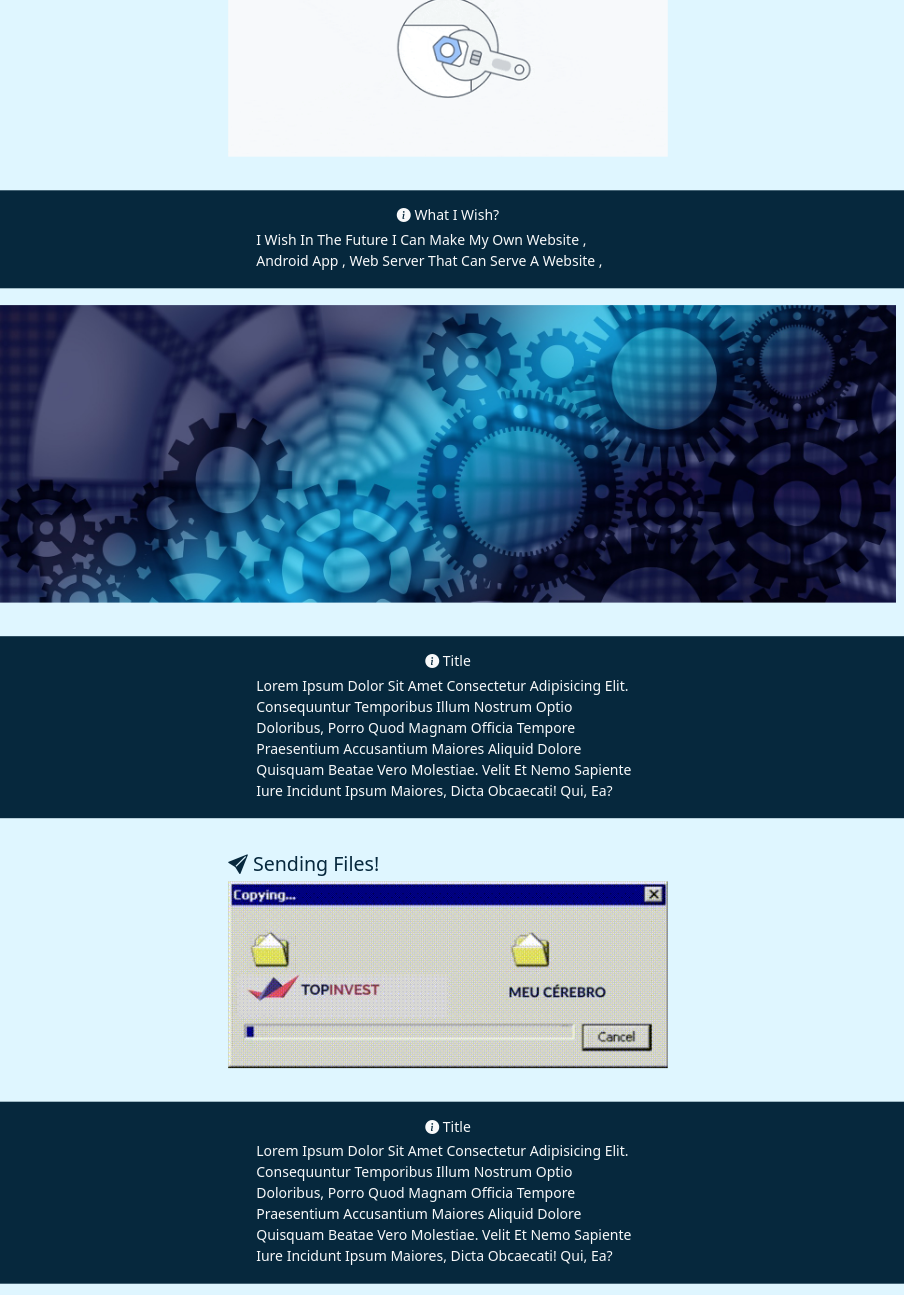
Repository: initer3737/initer3737.github.io
Page: index.html
An editor plug-in stored every save of this project. The page is shown before and after the next save, followed by the edit.
The browser window is 1280 px wide. The page is 1292 px wide, so the pictures cover 1292 px, including what lies to the right of the window. The pictures show the part of the page from y = 2467 to 4347 px (the page is 4317 px tall before and 4347 px after), at 70% of full size.
Some web libraries are served in a nearby version.

Above is the page before, as saved 2022-06-12 23:05:48.
Console error: TypeError: Cannot set properties of null (setting 'innerHTML')

### index.html
<!DOCTYPE html>
<html lang="en">
<head>
    <meta charset="UTF-8">
    <meta http-equiv="X-UA-Compatible" content="IE=edge">
    <meta name="viewport" content="width=device-width, initial-scale=1.0">
    <title>puthut wahyu aji</title>
    <link href="https://cdn.jsdelivr.net/npm/bootstrap@5.0.2/dist/css/bootstrap.min.css" rel="stylesheet" integrity="sha384-EVSTQN3/azprG1Anm3QDgpJLIm9Nao0Yz1ztcQTwFspd3yD65VohhpuuCOmLASjC" crossorigin="anonymous">
    <script src="https://kit.fontawesome.com/7bb1ae10af.js" crossorigin="anonymous"></script>
<!-- bootstrap icon -->
<link rel="stylesheet" href="https://cdn.jsdelivr.net/npm/bootstrap-icons@1.8.3/font/bootstrap-icons.css">

    <link rel="stylesheet" href="css/style.css">
</head>
<body class="bg-1">
    <header class=" bg-1">
         <img src="img/banner-982162_1920.jpg" alt="" class="img-fluid w-100" srcset="">
    </header>
    <div class="container bg-light shadow rounded  d-flex flex-column gap-4 justify-content-center align-content-center align-items-center p-2">
        <div class="row d-flex align-content-center align-items-center">
            <div class="col-12">
               <div class="bg-primary text-capitalize d-flex justify-content-start">
                <p id="fulldate" class="h4 text-light p-2"></p>
               </div>
            </div>
            <div class="col-10 col-md-5 col-lg-4">
               <div class="card shadow m-2 p-1 position-relative">
                <video src="img/Earth - 4788.mp4" loop muted autoplay class="w-100 rounded-pill py-5 px-2"></video>
                <div class="filter2"></div>
               </div>
            </div>
            <div class="col-10 col-md-9 col-lg-8">
               <h5 class="text-capitalize"><i class="bi bi-medium"></i> social media.</h5>
               <div class="d-flex flex-row align-content-center align-items-center gap-3">
                <div class="d-flex flex-column fs-4">
                    <a href="https://www.instagram.com/puthutwahyuaji/" target="_blank" class="text-capitalize"><i class="fa-brands fa-instagram"></i> instagram</a>
                    <!-- <a href="https://www.facebook.com/puthut.wahyuaji.94/" target="_blank" class="text-capitalize"><i class="fa-brands fa-facebook"></i> facebook</a>
                    <a href="https://twitter.com/puthut_wahkyu" target="_blank" class="text-capitalize"><i class="fa-brands fa-twitter"></i> twitter</a> -->
                    <!-- <a href="https://www.sololearn.com/profile/22926925" target="_blank" class="text-capitalize"><i class="fa-solid fa-globe"></i> sololearn</a> -->
                    <!-- <a href="https://www.duolingo.com/profile/PUTHUTWAHY" target="_blank" class="text-capitalize"><i class="fa-solid fa-globe"></i> duolingo</a> -->
                    <a href="https://github.com/initer3737" target="_blank" class="text-capitalize"><i class="fa-brands fa-github"></i> github</a>
                </div>
                <div class=""><a href="game.html" class="btn btn-outline-primary rounded-pill px-5 py-2"><i class="bi bi-controller"></i> Game</a></div>
            </div>
            </div>
        </div>
    </div>
    <!-- https://www.fiverr.com/share/lYqN8j -->
    <div class="container bg-light shadow mt-5 d-flex flex-column gap-1 justify-content-center align-content-center align-items-center p-2">
        <h5><i class="fa-solid fa-briefcase"></i> framework.</h5>
            <h3><i class="fa-brands fa-laravel text-danger"></i> laravel</h3>
            <h3><i class="fa-brands fa-bootstrap text-primary"></i> bootstrap 5</h3>
        </div>
    </div>

    <div class="container bg-light shadow mt-5 d-flex flex-column  justify-content-center align-content-center align-items-center p-2">
        <h5><i class="bi bi-code-slash"></i> language.</h5>
            <h3><i class="fa-brands fa-php php"></i> php</h3>
            <h3><i class="fa-brands fa-js-square javascript"></i> javascript</h3>
            <h3><i class="fa-solid fa-database mysql"></i> mysql</h3>
            <h3><i class="fa-brands fa-html5 html"></i> html 5</h3>
            <h3><i class="fa-brands fa-css3-alt css"></i> css</h3>
        </div>

        <!-- <div class="container bg-light shadow mt-5 d-flex flex-column  justify-content-center align-content-center align-items-center p-2">
            <h5 class="capitalize">Hire me on.</h5>
            <div class="d-flex flex-column fs-4">
                <a href="https://www.upwork.com/workwith/puthutwahyuaji" target="_blank"><i class="fa-solid fa-briefcase"></i> upwork.com</a>
                <a href="https://www.fiverr.com/share/lYqN8j" target="_blank"><i class="fa-solid fa-briefcase"></i> fiver.com</a>
            </div>
            </div> -->

    </div>

    <div class="container bg-light shadow mt-5 d-flex flex-column gap-1 justify-content-center align-content-center align-items-center p-2">
        <h5><i class="bi bi-info-circle"></i> information.</h5>
        <div class="fs-4 d-flex gap-3">
            <a href="https://initer3737.github.io/course/html/pages/course.html" target="_blank"><i class="fa-solid fa-globe"></i> website</a>
            <a href="https://www.youtube.com/channel/UClsfa0LkA3_YMsFjW1M__sw" target="_blank"><i class="fa-brands fa-youtube"></i> youtube</a>
        </div>
    </div>

    <footer class="mt-3 text-light">
       <div class="row">
        <div class="col-12">
            <div class="col-12 mt-5 m-auto bg-4 text-light px-2 py-4">
                <div class="text-center fw-bolder"><h5><i class="bi bi-info-circle-fill"></i> about</h5></div>
                <div class="text-start fs-5 px-5 col-12 col-md-6 m-auto">
                   hello you can find me on instagram and also you can see my github repository
                </div>
              </div>
            <img src="img/banner-909710_1920.jpg" class="img-fluid w-100 mt-3" alt="">
           </div>
           <div class="col-12 mt-5 m-auto bg-4 text-light px-2 py-4">
             <div class="text-center "><h5><i class="bi bi-info-circle-fill"></i> what will i do?</h5></div>
             <div class="text-start fs-5 px-5 col-12 col-md-6 m-auto">
                i will improve my skill in order to make a better website.
             </div>
           </div>
           <div class="col-6 mt-5 m-auto">
            <div class="d-flex flex-row flex-wrap">
                <h3 class="color-4"><i class="bi bi-dash-circle-fill"></i> INTERNAL SERVER ERROR!</h3>
                <img src="img/giphy.gif" class="img-fluid w-100" alt="">
            </div>
           </div>
           <div class="col-12 mt-5 m-auto bg-4 text-light px-2 py-4">
            <div class="text-center "><h5><i class="bi bi-info-circle-fill"></i> what i wish?</h5></div>
            <div class="text-start fs-5 px-5 col-12 col-md-6 m-auto">
               i wish in the future i can make my own website , android app , web server that can serve a website ,
            </div>
          </div>
           <div class="col-12 mt-4">
            <img src="img/gears-1311171_1920.jpg" class="img-fluid w-100" alt="">
           </div>
           <div class="col-12 mt-5 m-auto bg-4 text-light px-2 py-4">
            <div class="text-center "><h5><i class="bi bi-info-circle-fill"></i> title</h5></div>
            <div class="text-start fs-5 px-5 col-12 col-md-6 m-auto">
               Lorem ipsum dolor sit amet consectetur adipisicing elit. Consequuntur temporibus illum nostrum optio doloribus, porro quod magnam officia tempore praesentium accusantium maiores aliquid dolore quisquam beatae vero molestiae. Velit et nemo sapiente iure incidunt ipsum maiores, dicta obcaecati! Qui, ea?
            </div>
          </div>
           <div class="col-6 mt-5 m-auto">
            <div class="d-flex flex-row flex-wrap">
                <h3 class="color-4"><i class="bi bi-send-fill"></i> sending files!</h3>
                <img src="img/giphy (1).gif" class="img-fluid w-100" alt="">
            </div>
           </div>
           <div class="col-12 mt-5 m-auto bg-4 text-light mb-3 px-2 py-4">
            <div class="text-center "><h5><i class="bi bi-info-circle-fill"></i> title</h5></div>
            <div class="text-start fs-5 px-5 col-12 col-md-6  m-auto">
               Lorem ipsum dolor sit amet consectetur adipisicing elit. Consequuntur temporibus illum nostrum optio doloribus, porro quod magnam officia tempore praesentium accusantium maiores aliquid dolore quisquam beatae vero molestiae. Velit et nemo sapiente iure incidunt ipsum maiores, dicta obcaecati! Qui, ea?
            </div>
          </div>
       </div>
    </footer>
    <script src="https://cdn.jsdelivr.net/npm/bootstrap@5.0.2/dist/js/bootstrap.bundle.min.js" integrity="sha384-MrcW6ZMFYlzcLA8Nl+NtUVF0sA7MsXsP1UyJoMp4YLEuNSfAP+JcXn/tWtIaxVXM" crossorigin="anonymous"></script>
</body>
</html>

<script>
    function Years() {
        $date=new Date();
        let t=document.getElementById('year');
        t.innerHTML=`${$date.getFullYear()} - ${$date.getFullYear()+5}`;
    }
    function Jam(){
        let T=document.getElementById('jam');
        let time=new Date();let hour;let minuets;let second;let statusTime;
        hour=validateTime(time.getHours());minuets=validateTime(time.getMinutes());second=validateTime(time.getSeconds());statusTime=()=>{
            if(hour > 00 &&hour < 11 ){
                status="pagi";
            }else if(hour >11 && hour < 15){
                status="siang";
            }else if(hour > 15 && hour < 18 ){
                status="sore";
            }else{
                status="malam";
            }

            return status;
        };
        T.innerHTML=`${hour}:${minuets}:${second} : ${statusTime()}`;
        setTimeout('Jam()',1000);
    }
    function Tanggal(){
        let t=document.getElementById("fulldate");
        let time=new Date();
        let hari;let bulan;let tanggal;let tahun;let hariAngka=time.getDate();
        tahun=time.getFullYear();bulan=time.getMonth();hari=time.getDay();
        let data={
            hari:["minggu","senin","selasa","rabu","kamis","jum'at","sabtu"],
            bulan:["januari","february","maret","april","mei","juni","juli","agustus","september","oktober","november","desember"]
        };
         t.innerHTML=`${data.hari[hari]}  ${hariAngka}  ${data.bulan[bulan]}  ${tahun}`;
    }
    const validateTime=(T)=>T<10 ?'0'+T:T;

    const initialize=()=>{
                Tanggal();
                Years();
                Jam();
            }

            initialize();
</script>

### css/style.css
*{
    text-transform: capitalize;
   cursor: url(https://ani.cursors-4u.net/cursors/cur-13/cur1162.ani), url(https://ani.cursors-4u.net/cursors/cur-13/cur1162.png), auto !important;
}
body{
    cursor: url('img/cursor.jpeg'),auto;
    /* background-color: #ddd; */
}
a:hover{
    transition:ease-in-out 0.5s;
    color: blueviolet;
    text-decoration: none;
}
.css{
    color: dodgerblue;
    background-color:white ;
}
.html{
    color: orange;
    background-color: white;
}
.mysql{
    background-color:white ;
    color: blue;
}
.javascript{
    background-color:rgb(51, 51, 9) ;
    color: yellow;
}
.php{
    background-color:indigo ;
    color: white;
}
header{
    /* height: 90vh; */
    display: flex;
    align-items: center;
    align-content: center;
    justify-content: center;
}
.filter{
    background-color: dodgerblue;
    opacity: 0.6;
    height: 100%;
    top: 0;
    width: 100%;
    position: absolute;
}
.text-container{
    z-index: 999;
}
.card:hover{
    /* border-color: dodgerblue; */
    background-color: dodgerblue;
    transform: perspective(12px);
    cursor: pointer;
}
.gambar{
    background-image: #000;
}

/*color pallete*/
.color-1{
    color:#DFF6FF;
}
.bg-1{
    background-color:#DFF6FF;
}

.color-2{
    color:#47B5FF;
}
.bg-2{
    background-color:#47B5FF;
}

.color-3{
    color:#1363DF;
}
.bg-3{
    background-color:#1363DF;
}

.color-4{
    color:#06283D;
}
.bg-4{
    background-color:#06283D;
}

After the next save:
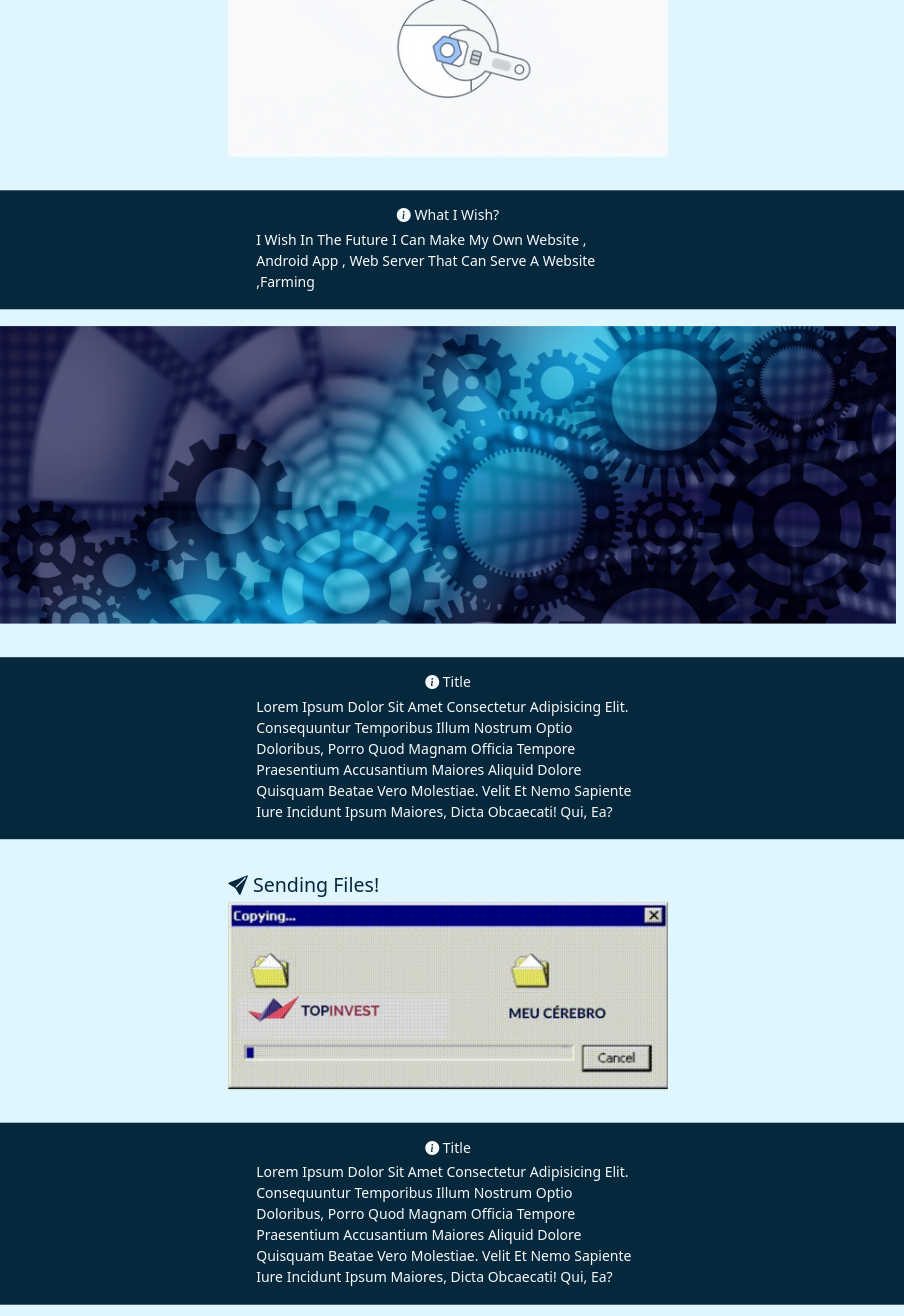
Saved 15 s later.
--- a/index.html
+++ b/index.html
@@ -106,7 +106,7 @@
            <div class="col-12 mt-5 m-auto bg-4 text-light px-2 py-4">
             <div class="text-center "><h5><i class="bi bi-info-circle-fill"></i> what i wish?</h5></div>
             <div class="text-start fs-5 px-5 col-12 col-md-6 m-auto">
-               i wish in the future i can make my own website , android app , web server that can serve a website ,
+               i wish in the future i can make my own website , android app , web server that can serve a website ,farming
             </div>
           </div>
            <div class="col-12 mt-4">

After the save that followed:
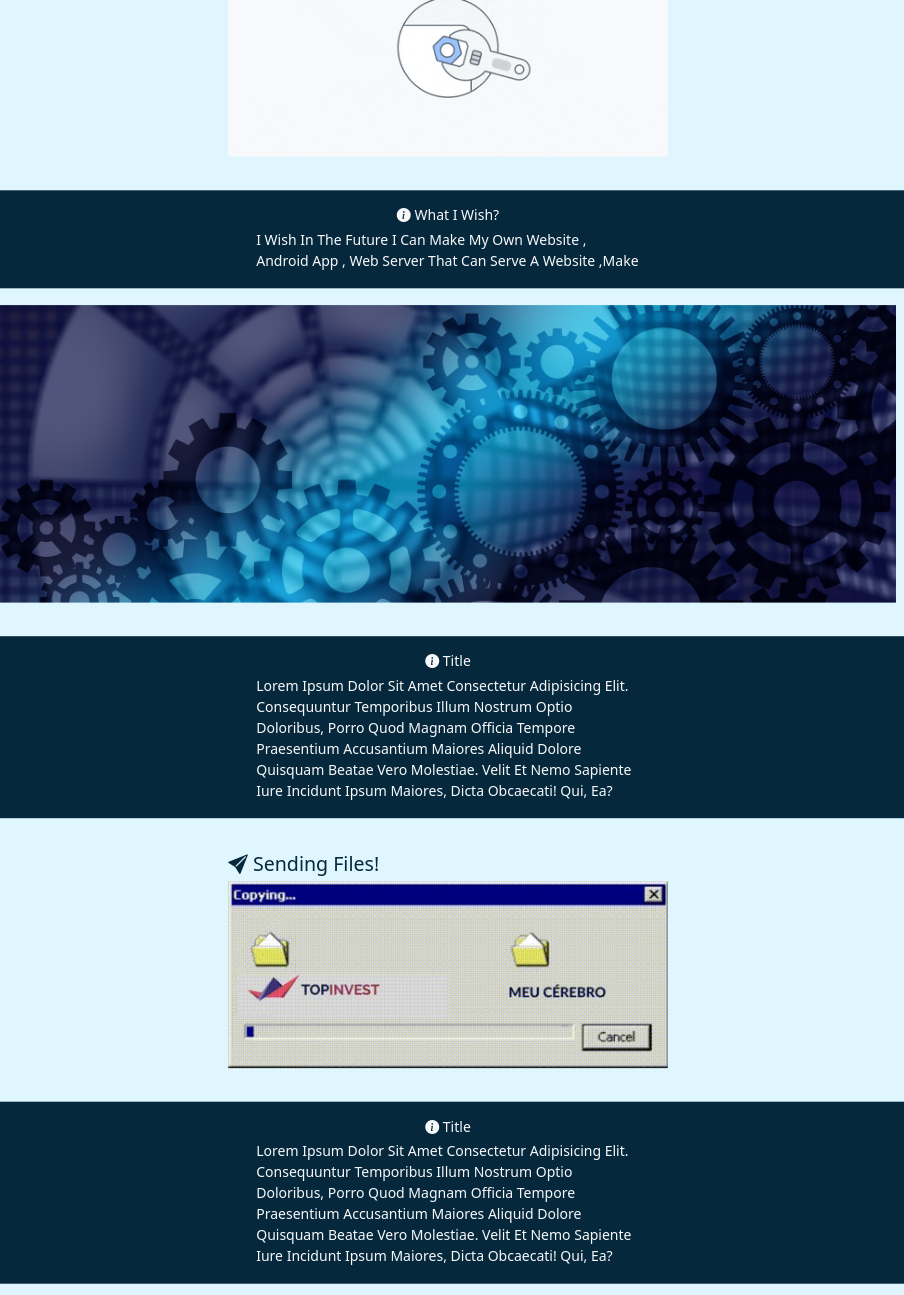
Saved 5 s later.
--- a/index.html
+++ b/index.html
@@ -106,7 +106,7 @@
            <div class="col-12 mt-5 m-auto bg-4 text-light px-2 py-4">
             <div class="text-center "><h5><i class="bi bi-info-circle-fill"></i> what i wish?</h5></div>
             <div class="text-start fs-5 px-5 col-12 col-md-6 m-auto">
-               i wish in the future i can make my own website , android app , web server that can serve a website ,farming
+               i wish in the future i can make my own website , android app , web server that can serve a website ,make
             </div>
           </div>
            <div class="col-12 mt-4">
